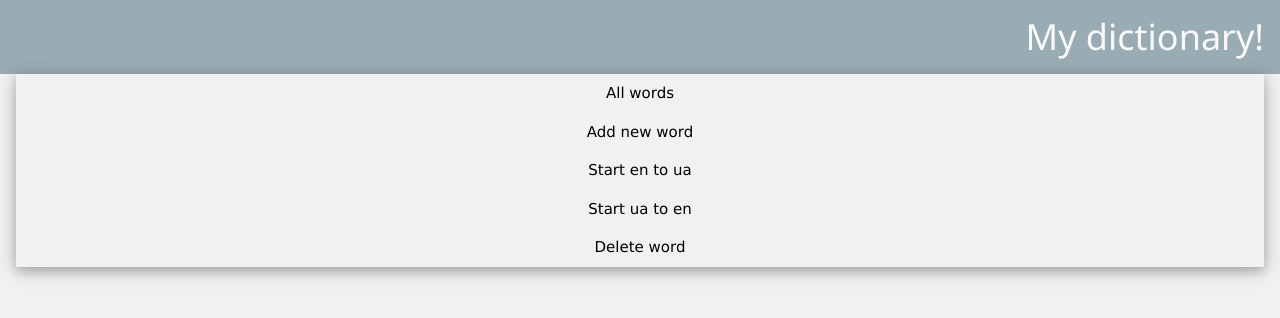
Repository: OleksandrDoskaliukKN313/IIC
Page: WebDictionary/WebContent/index.html
The author's editor kept a copy of each file at every save. The page is drawn from the files as they stood at one save, then again after the next save.
The browser window is 1280 px wide. The pictures show the whole page.

Above is the page before, as saved 2020-10-12 10:01:02.

After the next save:
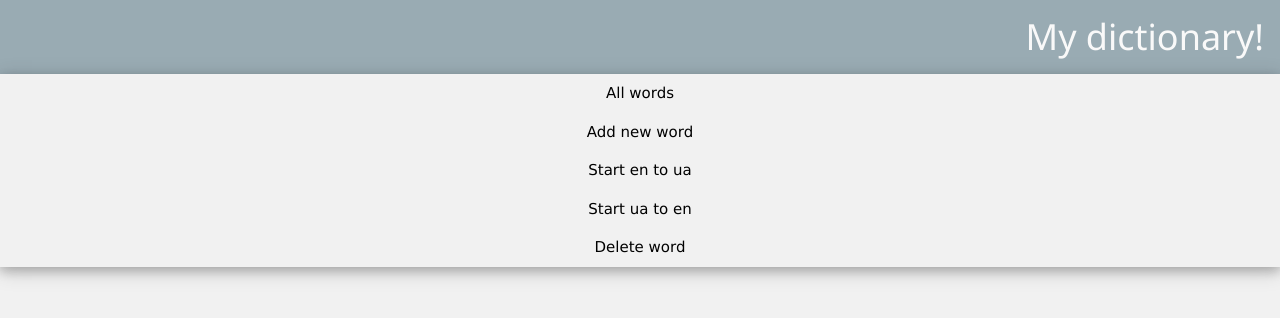
Saved 18 s later.
--- a/WebDictionary/WebContent/index.html
+++ b/WebDictionary/WebContent/index.html
@@ -9,7 +9,7 @@
 <div class="w3-container w3-blue-grey w3-opacity w3-right-align">
         <h1>My dictionary!</h1>
     </div>
-    <div class="w3-container w3-center">       <!-- content -->
+    <div class="">       <!-- content -->
         <div class="w3-card-4 w3-display-container w3-flex">    <!-- buttons holder -->
             <button class="w3-btn w3-hover-green w3-round-large" onclick="location.href='allWords'">All words</button>
             <button class="w3-btn w3-hover-green w3-round-large" onclick="location.href='addWord'">Add new word</button>
